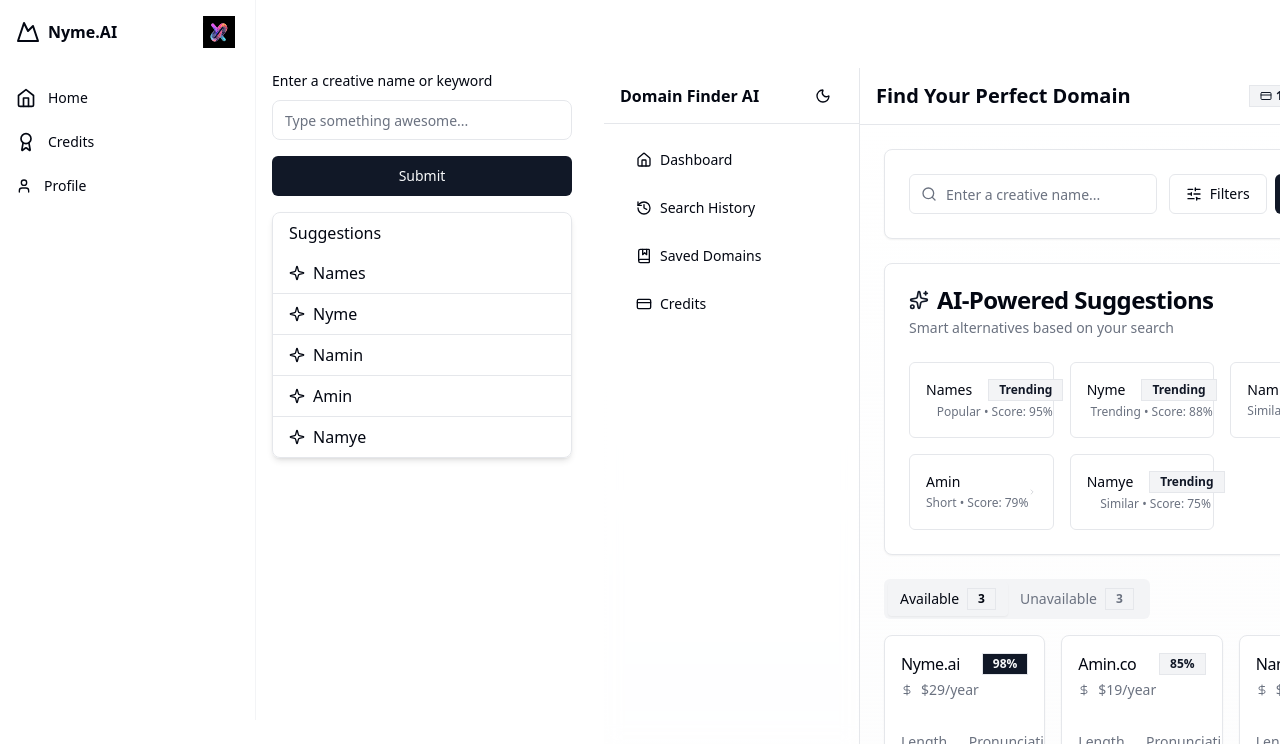
Repository: EliDorf/nyme
Page: /
An editor plug-in stored every save of this project. The page is shown before and after the next save, followed by the edit.
The browser window is 1280 px wide. The pictures show the whole page.
The page's requests for data from a server got no answer. An inner scrolling area shows only its first screen. The project was rebuilt for these pictures with package versions that can differ from the ones it lists, and the page was loaded fresh each time. Some packages were replaced by stand-ins written for this rebuild. The framework's server and built-in components were replaced by stand-ins that run in the browser. No one was signed in, and anything a server would have sent is missing. Also part of the build but not shown: next.config.mjs, lib/utils.ts, components/ui/alert-dialog.tsx, components/shared/InsufficientCreditsModal.tsx, components/ui/skeleton.tsx.

Above is the page before, as saved 2025-01-19 11:52:16.

### app/layout.tsx
import type { Metadata } from "next";
import { Inter } from "next/font/google";
import "./globals.css";
import type { AppProps } from 'next/app'
import { ClerkProvider, SignInButton, SignedIn, SignedOut, UserButton } from '@clerk/nextjs'

const inter = Inter({ subsets: ["latin"] });

export const metadata: Metadata = {
  title: "Nyme.AI",
  description: "Nyme.AI Generate create Names",
};


export default function RootLayout({
  children,
}: {
  children: React.ReactNode
}) {
  return (
    <ClerkProvider>
      <html lang="en">
        <body>
          <header>
            <SignedOut>
              <SignInButton />
            </SignedOut>
            <SignedIn>
            </SignedIn>
          </header>
          <main>
            {children}
          </main>
        </body>
      </html>
    </ClerkProvider>
  )
}

### app/(root)/layout.tsx
import { Dashboard } from '@/components/component/Dashboard';
import React from 'react';
import { NewSidebar } from '@/components/shared/new-sidebar';

const Layout = ({ children }: { children: React.ReactNode }) => {
  return (
    <main className="flex h-screen bg-background">
      <NewSidebar/>
      <div className="flex-1 overflow-y-auto pt-11 p-4">
        <Dashboard />
        {children}
      </div>
    </main>
  );
}

export default Layout;

### app/(root)/page.tsx
import { UserButton } from '@clerk/nextjs'
import React from 'react'

const Home = () => {
  return (
    <div>
      <p>Home</p>

    </div>
  )
}

export default Home

### components/component/Dashboard.tsx
'use client'
import { Label } from "@/components/ui/label"
import { Input } from "@/components/ui/input"
import { Button } from "@/components/ui/button"
import React, { useState } from "react"
import { Table, TableBody, TableCell, TableHead, TableHeader, TableRow } from "@/components/ui/table"
import { useUser } from '@clerk/nextjs'
import { creditFee } from "@/constants"
import { InsufficientCreditsModal } from "../shared/InsufficientCreditsModal"
import { useSuggestions } from "./UseSuggestion"
import { updateCredits } from "@/lib/actions/user.action"
import { useUserData } from "@/lib/actions/useUserData"
import { User } from '@/types/user';
import { DomainFinder } from './DomainFinder';

export function Dashboard() {
  const { user } = useUser();
  const { userData } = useUserData();
  const { suggestions, isLoading, error, handleSubmit } = useSuggestions();
  const [input, setInput] = useState("");
  const [shouldCheckDomains, setShouldCheckDomains] = useState(false);

  const handleInputChange = (e: React.ChangeEvent<HTMLInputElement>) => {
    setInput(e.target.value);
  }

  const onSubmit = async (e: React.MouseEvent<HTMLButtonElement>) => {
    e.preventDefault();
    if (user && userData) {
      try {
        handleSubmit(input);
        // Make sure userData._id is the MongoDB ObjectId
        await updateCredits(userData._id.toString(), creditFee);
        setShouldCheckDomains(true);
      } catch (error) {
        console.error("Error in onSubmit:", error);
        // Handle the error appropriately (e.g., show an error message to the user)
      }
    }
  }
  return (
    <div className="grid grid-cols-1 md:grid-cols-[300px_1fr] gap-8 w-full max-w-6xl mx-auto dashboard-content">
      <div className="flex flex-col gap-4">
        <div className="space-y-2">
          <Label htmlFor="name" className="font-medium">
            Enter a creative name or keyword
          </Label>
          <Input
            id="name"
            value={input}
            onChange={handleInputChange}
            placeholder="Type something awesome..."
            className="rounded-lg border-gray-300 focus:ring-primary-500 focus:border-primary-500"
          />
        </div>
        <Button onClick={onSubmit} className="w-full">Submit</Button>
        {userData && userData.creditBalance < Math.abs(creditFee) && <InsufficientCreditsModal />}
        <div className="border rounded-lg overflow-hidden shadow-md">
          <div className="bg-gray-100 dark:bg-gray-800 py-2 px-4 font-medium">
            Suggestions
          </div>
          <div className="divide-y">
            {isLoading ? (
              <div className="py-2 px-4">Loading...</div>
            ) : error ? (
              <div className="py-2 px-4 text-red-500">{error}</div>
            ) : (
              suggestions.map((suggestion, index) => (
                <div key={index} className="py-2 px-4 hover:bg-gray-100 dark:hover:bg-gray-800">
                  <div className="flex items-center gap-2">
                    <SparkleIcon className="w-4 h-4 shrink-0 text-primary-500" />
                    <span>{suggestion}</span>
                  </div>
                </div>
              ))
            )}
          </div>
        </div>
      </div>
      <DomainFinder
        inputDomain={input}
        suggestions={suggestions}
        shouldCheckDomains={shouldCheckDomains}
      />
    </div>
  )
}


function SparkleIcon(props: React.SVGProps<SVGSVGElement>) {
  return (
    <svg
      {...props}
      xmlns="http://www.w3.org/2000/svg"
      width="24"
      height="24"
      viewBox="0 0 24 24"
      fill="none"
      stroke="currentColor"
      strokeWidth="2"
      strokeLinecap="round"
      strokeLinejoin="round"
    >
      <path d="M9.937 15.5A2 2 0 0 0 8.5 14.063l-6.135-1.582a.5.5 0 0 1 0-.962L8.5 9.936A2 2 0 0 0 9.937 8.5l1.582-6.135a.5.5 0 0 1 .963 0L14.063 8.5A2 2 0 0 0 15.5 9.937l6.135 1.581a.5.5 0 0 1 0 .964L15.5 14.063a2 2 0 0 0-1.437 1.437l-1.582 6.135a.5.5 0 0 1-.963 0z" />
    </svg>
  )
}
function DoorClosedIcon(props: React.SVGProps<SVGSVGElement>) {
  return (
    <svg
      {...props}
      xmlns="http://www.w3.org/2000/svg"
      width="24"
      height="24"
      viewBox="0 0 24 24"
      fill="none"
      stroke="currentColor"
      strokeWidth="2"
      strokeLinecap="round"
      strokeLinejoin="round"
    >
      <path d="M18 20V6a2 2 0 0 0-2-2H8a2 2 0 0 0-2 2v14" />
      <path d="M2 20h20" />
      <path d="M14 12v.01" />
    </svg>
  )
}


function GlobeIcon(props: React.SVGProps<SVGSVGElement>) {
  return (
    <svg
      {...props}
      xmlns="http://www.w3.org/2000/svg"
      width="24"
      height="24"
      viewBox="0 0 24 24"
      fill="none"
      stroke="currentColor"
      strokeWidth="2"
      strokeLinecap="round"
      strokeLinejoin="round"
    >
      <circle cx="12" cy="12" r="10" />
      <path d="M12 2a14.5 14.5 0 0 0 0 20 14.5 14.5 0 0 0 0-20" />
      <path d="M2 12h20" />
    </svg>
  )
}


function XIcon(props: React.SVGProps<SVGSVGElement>) {
  return (
    <svg
      {...props}
      xmlns="http://www.w3.org/2000/svg"
      width="24"
      height="24"
      viewBox="0 0 24 24"
      fill="none"
      stroke="currentColor"
      strokeWidth="2"
      strokeLinecap="round"
      strokeLinejoin="round"
    >
      <path d="M18 6 6 18" />
      <path d="m6 6 12 12" />
    </svg>
  )
}

### components/ui/label.tsx
"use client"

import * as React from "react"
import * as LabelPrimitive from "@radix-ui/react-label"
import { cva, type VariantProps } from "class-variance-authority"

import { cn } from "@/lib/utils"

const labelVariants = cva(
  "text-sm font-medium leading-none peer-disabled:cursor-not-allowed peer-disabled:opacity-70"
)

const Label = React.forwardRef<
  React.ElementRef<typeof LabelPrimitive.Root>,
  React.ComponentPropsWithoutRef<typeof LabelPrimitive.Root> &
    VariantProps<typeof labelVariants>
>(({ className, ...props }, ref) => (
  <LabelPrimitive.Root
    ref={ref}
    className={cn(labelVariants(), className)}
    {...props}
  />
))
Label.displayName = LabelPrimitive.Root.displayName

export { Label }

### components/ui/input.tsx
import * as React from "react"

import { cn } from "@/lib/utils"

export interface InputProps
  extends React.InputHTMLAttributes<HTMLInputElement> {}

const Input = React.forwardRef<HTMLInputElement, InputProps>(
  ({ className, type, ...props }, ref) => {
    return (
      <input
        type={type}
        className={cn(
          "flex h-10 w-full rounded-md border border-input bg-background px-3 py-2 text-sm ring-offset-background file:border-0 file:bg-transparent file:text-sm file:font-medium placeholder:text-muted-foreground focus-visible:outline-none focus-visible:ring-2 focus-visible:ring-ring focus-visible:ring-offset-2 disabled:cursor-not-allowed disabled:opacity-50",
          className
        )}
        ref={ref}
        {...props}
      />
    )
  }
)
Input.displayName = "Input"

export { Input }

### components/ui/button.tsx
import * as React from "react"
import { Slot } from "@radix-ui/react-slot"
import { cva, type VariantProps } from "class-variance-authority"

import { cn } from "@/lib/utils"

const buttonVariants = cva(
  "inline-flex items-center justify-center whitespace-nowrap rounded-md text-sm font-medium ring-offset-background transition-colors focus-visible:outline-none focus-visible:ring-2 focus-visible:ring-ring focus-visible:ring-offset-2 disabled:pointer-events-none disabled:opacity-50",
  {
    variants: {
      variant: {
        default: "bg-primary text-primary-foreground hover:bg-primary/90",
        destructive:
          "bg-destructive text-destructive-foreground hover:bg-destructive/90",
        outline:
          "border border-input bg-background hover:bg-accent hover:text-accent-foreground",
        secondary:
          "bg-secondary text-secondary-foreground hover:bg-secondary/80",
        ghost: "hover:bg-accent hover:text-accent-foreground",
        link: "text-primary underline-offset-4 hover:underline",
      },
      size: {
        default: "h-10 px-4 py-2",
        sm: "h-9 rounded-md px-3",
        lg: "h-11 rounded-md px-8",
        icon: "h-10 w-10",
      },
    },
    defaultVariants: {
      variant: "default",
      size: "default",
    },
  }
)

export interface ButtonProps
  extends React.ButtonHTMLAttributes<HTMLButtonElement>,
    VariantProps<typeof buttonVariants> {
  asChild?: boolean
}

const Button = React.forwardRef<HTMLButtonElement, ButtonProps>(
  ({ className, variant, size, asChild = false, ...props }, ref) => {
    const Comp = asChild ? Slot : "button"
    return (
      <Comp
        className={cn(buttonVariants({ variant, size, className }))}
        ref={ref}
        {...props}
      />
    )
  }
)
Button.displayName = "Button"

export { Button, buttonVariants }

### components/component/UseSuggestion.tsx
// useSuggestions.ts
import { useState } from 'react'
import { useUser } from '@clerk/nextjs'
import { creditFee } from "@/constants"

const PLACEHOLDER_SUGGESTIONS = [
  "Names",
  "Nyme",
  "Namin",
  "Amin",
  "Namye"
];

export function useSuggestions() {
  const [suggestions, setSuggestions] = useState<string[]>(PLACEHOLDER_SUGGESTIONS)
  const [isLoading, setIsLoading] = useState(false)
  const [error, setError] = useState<string | null>(null)
  const { user } = useUser()

  const handleSubmit = async (input: string) => {
    setIsLoading(true)
    setError(null)
    // Note: You'll need to implement updateCredits function or move it to this file
    // await updateCredits(userId, creditFee)

    try {
      const response = await fetch('/api/generate', {
        method: 'POST',
        headers: {
          'Content-Type': 'application/json',
        },
        body: JSON.stringify({
          input,
          userId: user?.id || 'anonymous'
        }),
      })

      if (!response.ok) {
        throw new Error('Network response was not ok')
      }

      const data = await response.json()
      console.log("Raw data from API:", data)
      console.log("Received suggestions:", data.suggestions)

      const newSuggestions = Array.isArray(data.suggestions) ? data.suggestions : PLACEHOLDER_SUGGESTIONS
      console.log("Setting suggestions to:", newSuggestions)

      setSuggestions(newSuggestions)
    } catch (error) {
      console.error('Error:', error)
      setError('Failed to fetch suggestions. Please try again.')
      setSuggestions(PLACEHOLDER_SUGGESTIONS)
    } finally {
      setIsLoading(false)
    }
  }

  return { suggestions, isLoading, error, handleSubmit }
}

### lib/actions/useUserData.ts
// hooks/useUserData.ts
import { useState, useEffect } from 'react';
import { useUser } from '@clerk/nextjs';
import { getUserById } from '@/lib/actions/user.action';
import { User } from '@/types/user';

export function useUserData() {
  const { user } = useUser();
  const [userData, setUserData] = useState<User | null>(null);

  useEffect(() => {
    async function fetchUserData() {
      if (user) {
        const data = await getUserById(user.id);
        setUserData(data);
      }
    }

    fetchUserData();
  }, [user]);

  return { userData };
}

### lib/database/models/user.model.ts
import { Schema, model, models } from "mongoose";
const mongoose = require('mongoose');

const UserSchema = new Schema({
  clerkId: {
    type: String,
    required: true,
    unique: true,
  },
  _id: {
    type: mongoose.Schema.Types.ObjectId,
    required: true,
    auto: true,
  },
  email: {
    type: String,
    required: true,
    unique: true,
  },
  username: {
    type: String,
    required: false,
    unique: false,
  },
  photo: {
    type: String,
    required: true,
  },
  firstName: {
    type: String,
  },
  lastName: {
    type: String,
  },
  planId: {
    type: Number,
    default: 1,
  },
  creditBalance: {
    type: Number,
    default: 10,
  },
});

const User = models?.User || model("User", UserSchema);

export default User;

### lib/database/mongoose.ts
import mongoose, { Mongoose } from 'mongoose';

const MONGODB_URL = process.env.MONGODB_URL;

interface MongooseConnection {
  conn: Mongoose | null;
  promise: Promise<Mongoose> | null;
}

let cached: MongooseConnection = (global as any).mongoose

if(!cached) {
  cached = (global as any).mongoose = {
    conn: null, promise: null
  }
}

export const connectToDatabase = async () => {
  if(cached.conn) {
    console.log('Using existing database connection');
    return cached.conn;
  }

  if(!MONGODB_URL) {
    throw new Error('Missing MONGODB_URL environment variable');
  }

  try {
    console.log('Connecting to MongoDB...');
    cached.promise =
      cached.promise ||
      mongoose.connect(MONGODB_URL, {
        dbName: 'Nyme', bufferCommands: false
      });

    cached.conn = await cached.promise;
    console.log('Successfully connected to MongoDB');
    return cached.conn;
  } catch (error) {
    console.error('Failed to connect to MongoDB:', error);
    throw error;
  }
}

// Add an event listener for connection errors
mongoose.connection.on('error', (error) => {
  console.error('MongoDB connection error:', error);
});

// Add an event listener for successful connections
mongoose.connection.once('open', () => {
  console.log('MongoDB connection established successfully');
});

### components/ui/card.tsx
import * as React from "react"

import { cn } from "@/lib/utils"

const Card = React.forwardRef<
  HTMLDivElement,
  React.HTMLAttributes<HTMLDivElement>
>(({ className, ...props }, ref) => (
  <div
    ref={ref}
    className={cn(
      "rounded-lg border bg-card text-card-foreground shadow-sm",
      className
    )}
    {...props}
  />
))
Card.displayName = "Card"

const CardHeader = React.forwardRef<
  HTMLDivElement,
  React.HTMLAttributes<HTMLDivElement>
>(({ className, ...props }, ref) => (
  <div
    ref={ref}
    className={cn("flex flex-col space-y-1.5 p-6", className)}
    {...props}
  />
))
CardHeader.displayName = "CardHeader"

const CardTitle = React.forwardRef<
  HTMLDivElement,
  React.HTMLAttributes<HTMLDivElement>
>(({ className, ...props }, ref) => (
  <div
    ref={ref}
    className={cn(
      "text-2xl font-semibold leading-none tracking-tight",
      className
    )}
    {...props}
  />
))
CardTitle.displayName = "CardTitle"

const CardDescription = React.forwardRef<
  HTMLDivElement,
  React.HTMLAttributes<HTMLDivElement>
>(({ className, ...props }, ref) => (
  <div
    ref={ref}
    className={cn("text-sm text-muted-foreground", className)}
    {...props}
  />
))
CardDescription.displayName = "CardDescription"

const CardContent = React.forwardRef<
  HTMLDivElement,
  React.HTMLAttributes<HTMLDivElement>
>(({ className, ...props }, ref) => (
  <div ref={ref} className={cn("p-6 pt-0", className)} {...props} />
))
CardContent.displayName = "CardContent"

const CardFooter = React.forwardRef<
  HTMLDivElement,
  React.HTMLAttributes<HTMLDivElement>
>(({ className, ...props }, ref) => (
  <div
    ref={ref}
    className={cn("flex items-center p-6 pt-0", className)}
    {...props}
  />
))
CardFooter.displayName = "CardFooter"

export { Card, CardHeader, CardFooter, CardTitle, CardDescription, CardContent }

### components/ui/badge.tsx
import * as React from "react"
import { cva, type VariantProps } from "class-variance-authority"

import { cn } from "@/lib/utils"

const badgeVariants = cva(
  "inline-flex items-center rounded-full border px-2.5 py-0.5 text-xs font-semibold transition-colors focus:outline-none focus:ring-2 focus:ring-ring focus:ring-offset-2",
  {
    variants: {
      variant: {
        default:
          "border-transparent bg-primary text-primary-foreground hover:bg-primary/80",
        secondary:
          "border-transparent bg-secondary text-secondary-foreground hover:bg-secondary/80",
        destructive:
          "border-transparent bg-destructive text-destructive-foreground hover:bg-destructive/80",
        outline: "text-foreground",
      },
    },
    defaultVariants: {
      variant: "default",
    },
  }
)

export interface BadgeProps
  extends React.HTMLAttributes<HTMLDivElement>,
    VariantProps<typeof badgeVariants> {}

function Badge({ className, variant, ...props }: BadgeProps) {
  return (
    <div className={cn(badgeVariants({ variant }), className)} {...props} />
  )
}

export { Badge, badgeVariants }

### components/ui/scroll-area.tsx
"use client"

import * as React from "react"
import * as ScrollAreaPrimitive from "@radix-ui/react-scroll-area"

import { cn } from "@/lib/utils"

const ScrollArea = React.forwardRef<
  React.ElementRef<typeof ScrollAreaPrimitive.Root>,
  React.ComponentPropsWithoutRef<typeof ScrollAreaPrimitive.Root>
>(({ className, children, ...props }, ref) => (
  <ScrollAreaPrimitive.Root
    ref={ref}
    className={cn("relative overflow-hidden", className)}
    {...props}
  >
    <ScrollAreaPrimitive.Viewport className="h-full w-full rounded-[inherit]">
      {children}
    </ScrollAreaPrimitive.Viewport>
    <ScrollBar />
    <ScrollAreaPrimitive.Corner />
  </ScrollAreaPrimitive.Root>
))
ScrollArea.displayName = ScrollAreaPrimitive.Root.displayName

const ScrollBar = React.forwardRef<
  React.ElementRef<typeof ScrollAreaPrimitive.ScrollAreaScrollbar>,
  React.ComponentPropsWithoutRef<typeof ScrollAreaPrimitive.ScrollAreaScrollbar>
>(({ className, orientation = "vertical", ...props }, ref) => (
  <ScrollAreaPrimitive.ScrollAreaScrollbar
    ref={ref}
    orientation={orientation}
    className={cn(
      "flex touch-none select-none transition-colors",
      orientation === "vertical" &&
        "h-full w-2.5 border-l border-l-transparent p-[1px]",
      orientation === "horizontal" &&
        "h-2.5 flex-col border-t border-t-transparent p-[1px]",
      className
    )}
    {...props}
  >
    <ScrollAreaPrimitive.ScrollAreaThumb className="relative flex-1 rounded-full bg-border" />
  </ScrollAreaPrimitive.ScrollAreaScrollbar>
))
ScrollBar.displayName = ScrollAreaPrimitive.ScrollAreaScrollbar.displayName

export { ScrollArea, ScrollBar }

### components/ui/tooltip.tsx
"use client"

import * as React from "react"
import * as TooltipPrimitive from "@radix-ui/react-tooltip"

import { cn } from "@/lib/utils"

const TooltipProvider = TooltipPrimitive.Provider

const Tooltip = TooltipPrimitive.Root

const TooltipTrigger = TooltipPrimitive.Trigger

const TooltipContent = React.forwardRef<
  React.ElementRef<typeof TooltipPrimitive.Content>,
  React.ComponentPropsWithoutRef<typeof TooltipPrimitive.Content>
>(({ className, sideOffset = 4, ...props }, ref) => (
  <TooltipPrimitive.Content
    ref={ref}
    sideOffset={sideOffset}
    className={cn(
      "z-50 overflow-hidden rounded-md border bg-popover px-3 py-1.5 text-sm text-popover-foreground shadow-md animate-in fade-in-0 zoom-in-95 data-[state=closed]:animate-out data-[state=closed]:fade-out-0 data-[state=closed]:zoom-out-95 data-[side=bottom]:slide-in-from-top-2 data-[side=left]:slide-in-from-right-2 data-[side=right]:slide-in-from-left-2 data-[side=top]:slide-in-from-bottom-2",
      className
    )}
    {...props}
  />
))
TooltipContent.displayName = TooltipPrimitive.Content.displayName

export { Tooltip, TooltipTrigger, TooltipContent, TooltipProvider }

### components/ui/switch.tsx
"use client"

import * as React from "react"
import * as SwitchPrimitives from "@radix-ui/react-switch"

import { cn } from "@/lib/utils"

const Switch = React.forwardRef<
  React.ElementRef<typeof SwitchPrimitives.Root>,
  React.ComponentPropsWithoutRef<typeof SwitchPrimitives.Root>
>(({ className, ...props }, ref) => (
  <SwitchPrimitives.Root
    className={cn(
      "peer inline-flex h-6 w-11 shrink-0 cursor-pointer items-center rounded-full border-2 border-transparent transition-colors focus-visible:outline-none focus-visible:ring-2 focus-visible:ring-ring focus-visible:ring-offset-2 focus-visible:ring-offset-background disabled:cursor-not-allowed disabled:opacity-50 data-[state=checked]:bg-primary data-[state=unchecked]:bg-input",
      className
    )}
    {...props}
    ref={ref}
  >
    <SwitchPrimitives.Thumb
      className={cn(
        "pointer-events-none block h-5 w-5 rounded-full bg-background shadow-lg ring-0 transition-transform data-[state=checked]:translate-x-5 data-[state=unchecked]:translate-x-0"
      )}
    />
  </SwitchPrimitives.Root>
))
Switch.displayName = SwitchPrimitives.Root.displayName

export { Switch }

Loaded but not shown: components/component/DomainFinder.tsx (520 lines, source omitted); components/ui/dropdown-menu.tsx (200 lines, source omitted); components/shared/new-sidebar.tsx (234 lines, source omitted); app/globals.css (263 lines, source omitted); constants/index.ts (195 lines, source omitted); components/ui/sheet.tsx (140 lines, source omitted); lib/actions/user.action.ts (126 lines, source omitted); tailwind.config.ts (82 lines, source omitted); components/ui/tabs.tsx (55 lines, source omitted)

After the next save:
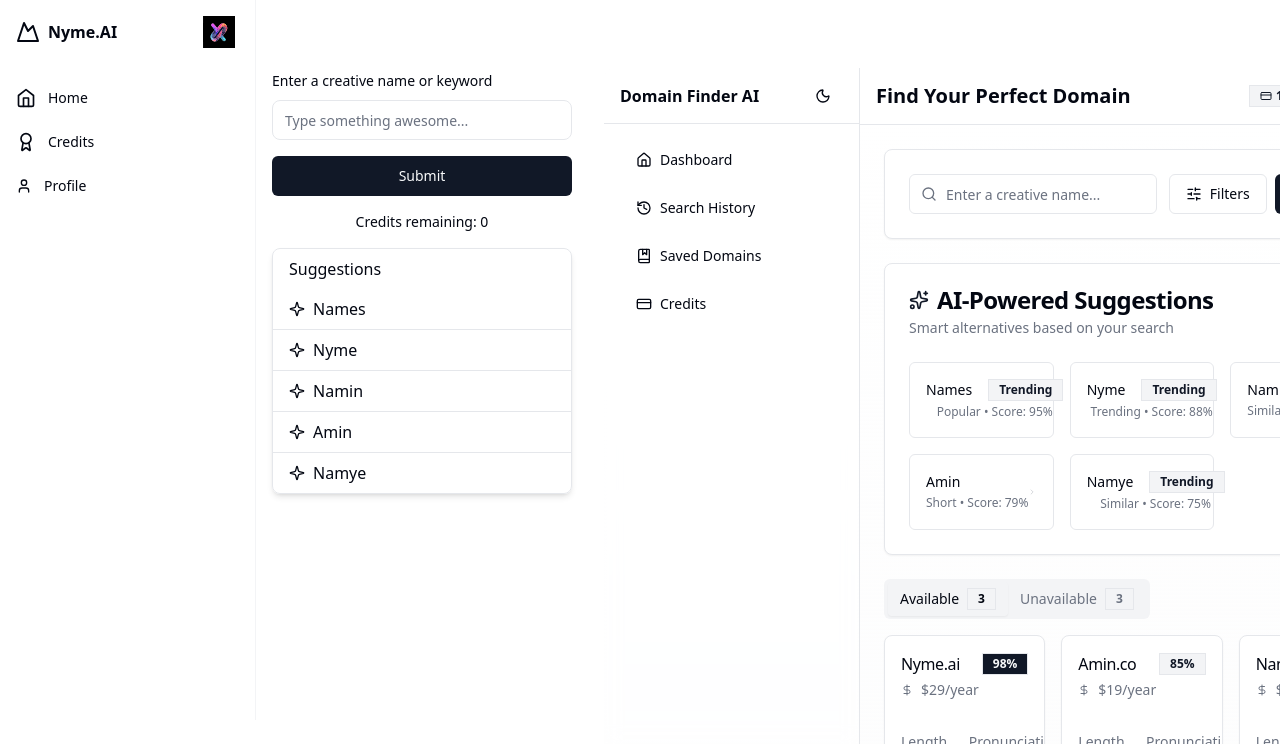
Saved 7 min 30 s later.
--- a/components/component/Dashboard.tsx
+++ b/components/component/Dashboard.tsx
@@ -15,7 +15,7 @@ import { DomainFinder } from './DomainFinder';
 
 export function Dashboard() {
   const { user } = useUser();
-  const { userData } = useUserData();
+  const { userData, refetchUserData } = useUserData();
   const { suggestions, isLoading, error, handleSubmit } = useSuggestions();
   const [input, setInput] = useState("");
   const [shouldCheckDomains, setShouldCheckDomains] = useState(false);
@@ -31,6 +31,7 @@ export function Dashboard() {
         handleSubmit(input);
         // Make sure userData._id is the MongoDB ObjectId
         await updateCredits(userData._id.toString(), creditFee);
+        await refetchUserData(); // Refetch user data after credits are updated
         setShouldCheckDomains(true);
       } catch (error) {
         console.error("Error in onSubmit:", error);
@@ -54,6 +55,7 @@ export function Dashboard() {
           />
         </div>
         <Button onClick={onSubmit} className="w-full">Submit</Button>
+        <p className="text-sm text-gray-500 text-center">Credits remaining: {userData?.creditBalance || 0}</p>
         {userData && userData.creditBalance < Math.abs(creditFee) && <InsufficientCreditsModal />}
         <div className="border rounded-lg overflow-hidden shadow-md">
           <div className="bg-gray-100 dark:bg-gray-800 py-2 px-4 font-medium">
